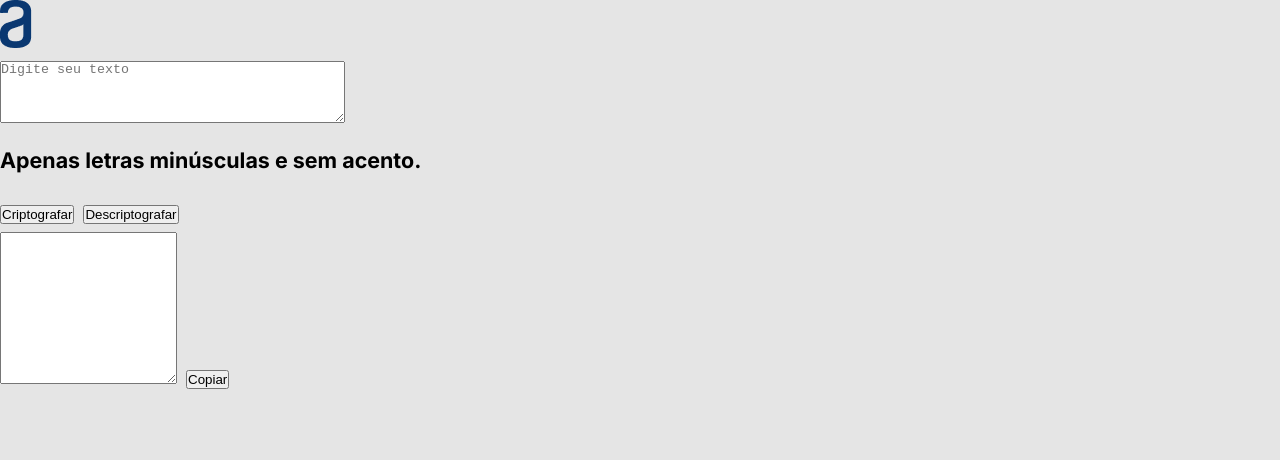
Repository: guilhermecardoso93/decodificador-texto
Page: index.html
These files come from the project's save history. The page is drawn as it stood at one moment and after the next save; the edit follows.
The browser window is 1280 px wide. The pictures show the whole page.

Above is the page before, as saved 2024-02-28 19:10:38.

### index.html
<!DOCTYPE html>
<html lang="pt-BR">
  <head>
    <meta charset="UTF-8" />
    <meta name="viewport" content="width=device-width, initial-scale=1.0" />
    <link rel="preconnect" href="https://fonts.googleapis.com" />
    <link rel="preconnect" href="https://fonts.gstatic.com" crossorigin />
    <link
      href="https://fonts.googleapis.com/css2?family=Inter:wght@400;500;600;700&display=swap"
      rel="stylesheet"
    />
    <link rel="stylesheet" href="style.css" />
    <title>Desafio - Encriptador</title>
  </head>
  <body>
    <header>
      <img src="./assets/logo.png" alt="Logo Alura" class="'logo-alura" />
    </header>

    <main>
      <section>
        <textarea
          class="text-area"
          cols="41"
          rows="4"
          placeholder="Digite seu texto"
        ></textarea>
        <div class="informaçao">
          <h6>Apenas letras minúsculas e sem acento.</h6>
        </div>
        <div class="botoes">
          <button class="btn-encriptor">Criptografar</button>
          <button class="btn-descriptor">Descriptografar</button>
        </div>
      </section>

      <section>
        <textarea class="mensagem" cols="20" rows="10"></textarea>
        <button class="btn-copiar">Copiar</button>
      </section>
    </main>
  </body>
</html>

### style.css
* {
  margin: 0;
  padding: 0;
  box-sizing: border-box;
}

body {
  background-color: #E5e5e5;
  font-family: "Inter", sans-serif;
  font-weight: 400;
  font-size: 32px;
  line-height: 150%;
}

After the next save:
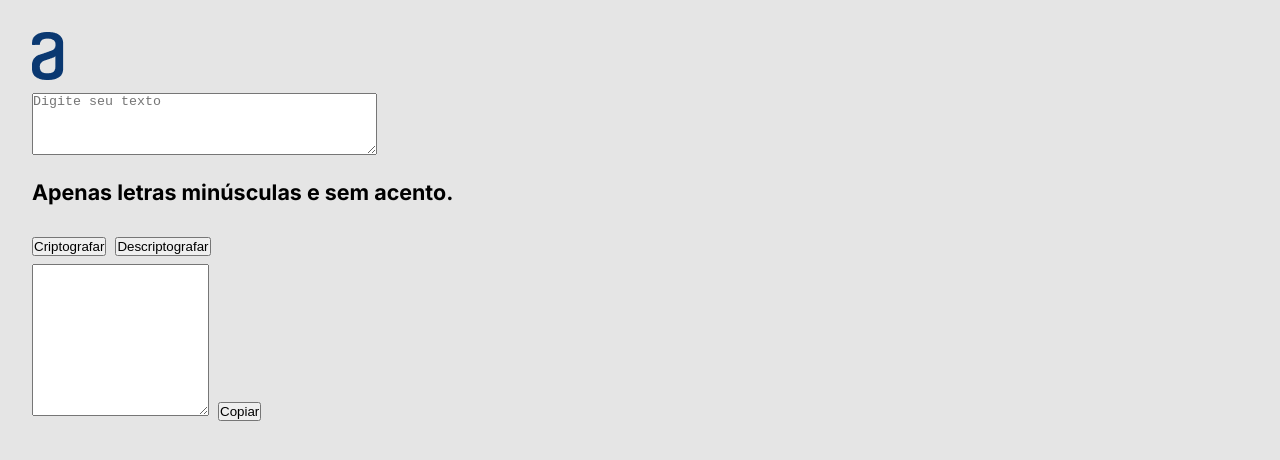
Saved 28 s later.
--- a/style.css
+++ b/style.css
@@ -10,4 +10,9 @@ body {
   font-weight: 400;
   font-size: 32px;
   line-height: 150%;
+  margin: 2rem;
 }
+
+.logo {
+
+}
